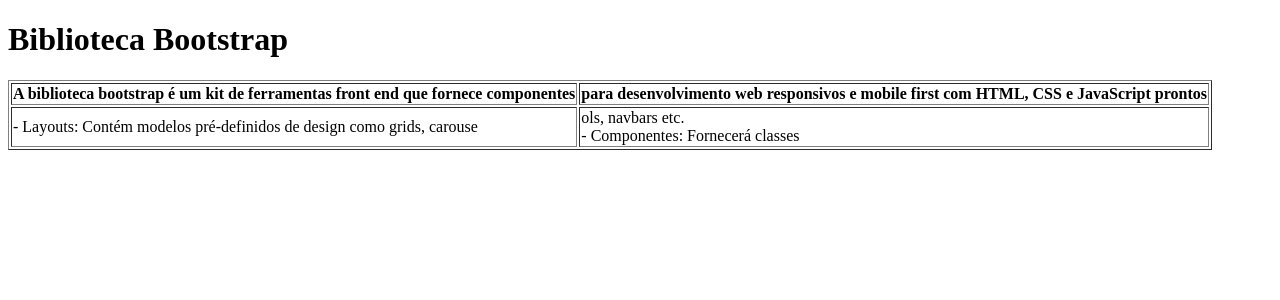
Repository: In-Game-full/Reprograme-se
Page: S-3/Aula-11(associação de CSS)/Praticas sugeridas/index.html
These files come from the project's save history. The page is drawn as it stood at one moment and after a run of saves; the edit follows.
The browser window is 1280 px wide. The pictures show the whole page.

Above is the page before, as saved 2023-08-02 09:01:37.

After the next 5 saves:
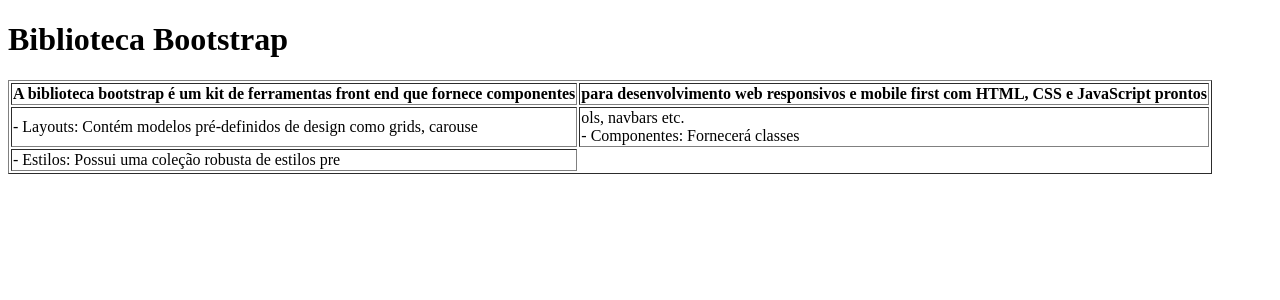
The 5 saves are shown as one change because they came seconds apart.
The last was saved 11 s later.
--- a/S-3/Aula-11(associação de CSS)/Praticas sugeridas/index.html
+++ b/S-3/Aula-11(associação de CSS)/Praticas sugeridas/index.html
@@ -22,12 +22,18 @@
         </thead>
         <tbody>
             <tr>
-            <td>
-                - Layouts: Contém modelos pré-definidos de design como grids, carouse
-            </td>
-            <td>
-                ols, navbars etc.<br>- Componentes: Fornecerá classes
-            </td>
+                <td>
+                    - Layouts: Contém modelos pré-definidos de design como grids, carouse
+                </td>
+                <td>
+                    ols, navbars etc.<br>- Componentes: Fornecerá classes
+                </td>
+            </tr>
+            <tr>
+                <td>
+                    - Estilos: Possui uma coleção robusta de estilos pre
+                </td>
+
             </tr>
         </tbody>
     </table>
